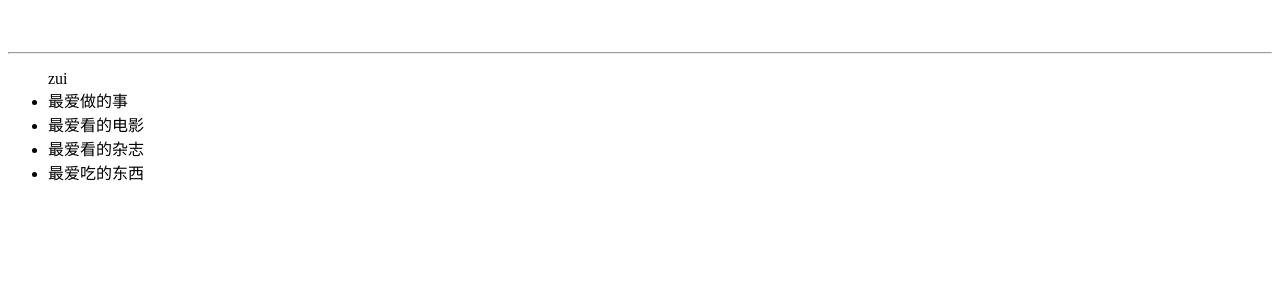
Repository: kirtonew/Compeititon2022-1
Page: node/test.html
An editor plug-in stored every save of this project. The page is shown before and after the next save, followed by the edit.
The browser window is 1280 px wide. The pictures show the whole page.

Above is the page before, as saved 2022-09-05 14:30:38.

After the next save:
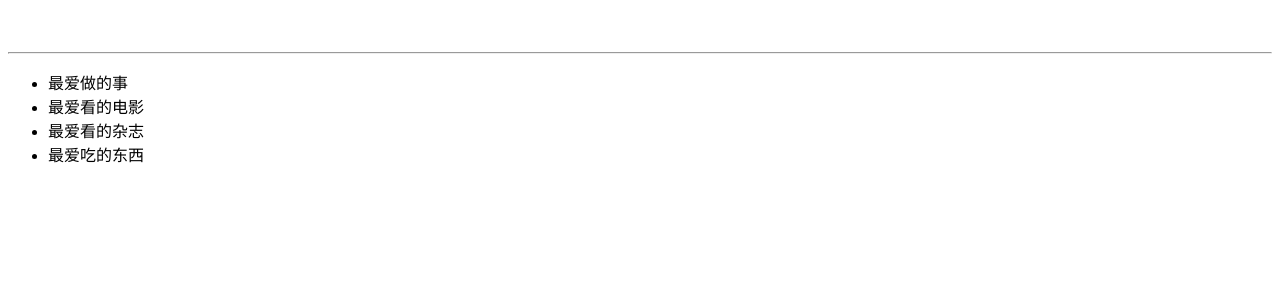
Saved 10 s later.
--- a/node/test.html
+++ b/node/test.html
@@ -12,7 +12,7 @@
     <br>
     <hr/>
 
-    <ul>zui
+    <ul>
         <li>最爱做的事</li>
 
         <li>最爱看的电影</li>
